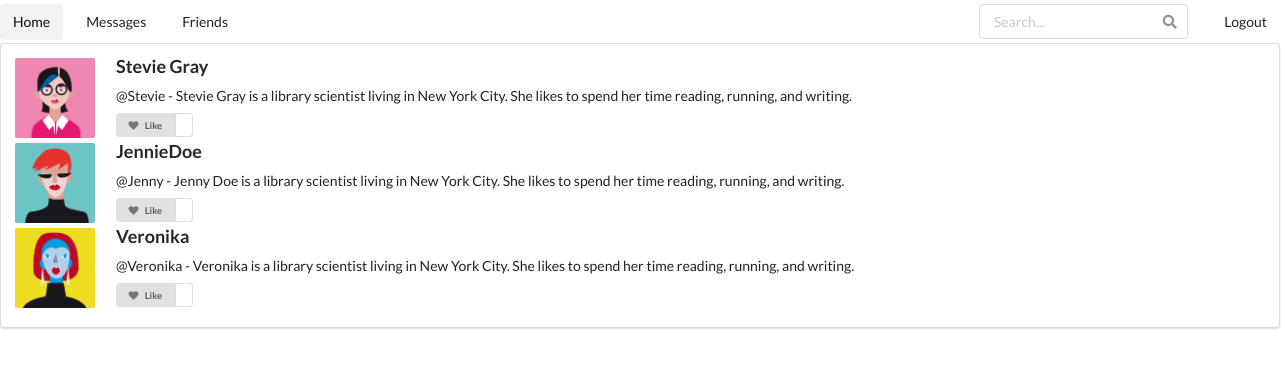
Repository: mystrader/angular4_appestudo
Page: / (app in twitter-app-devdec101/)
These files come from the project's save history. The page is drawn as it stood at one moment and after the next save; the edit follows.
The browser window is 1280 px wide. The page is 1285 px wide, so the pictures cover 1285 px, including what lies to the right of the window. The pictures show the whole page.
Some web libraries are served in a nearby version. The project was rebuilt for these pictures with package versions that can differ from the ones it lists, and the page was loaded fresh each time. Also part of the build but not shown: twitter-app-devdec101/angular.json.

Above is the page before, as saved 2018-06-18 01:50:07.

After the next save:
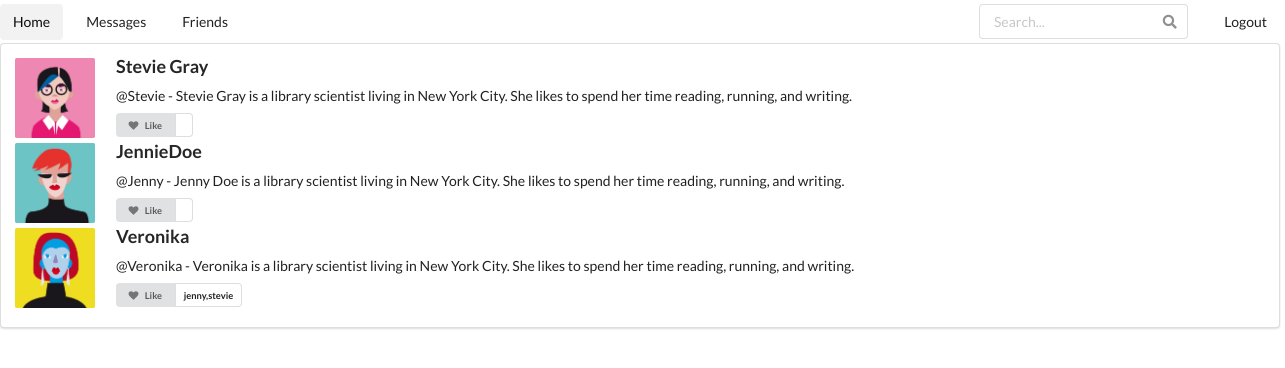
Saved 11 s later.
--- a/twitter-app-devdec101/src/app/tweet/tweet.component.html
+++ b/twitter-app-devdec101/src/app/tweet/tweet.component.html
@@ -14,7 +14,7 @@
             <i class="heart icon"></i> Like
           </div>
           <a class="ui basic label">
-           {{tweet.likes.lenght}}
+           {{tweet.likes}}
           </a>
         </div>
 

After the save that followed:
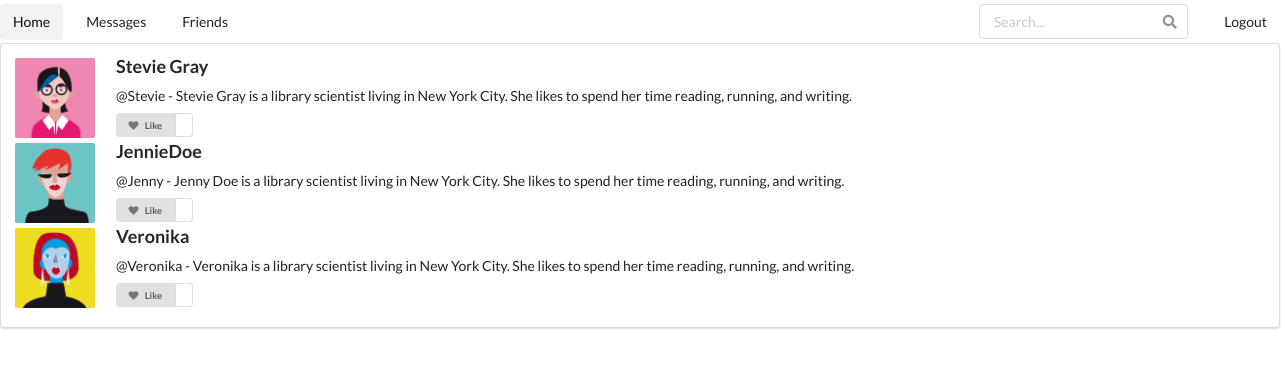
Saved 15 s later.
--- a/twitter-app-devdec101/src/app/tweet/tweet.component.html
+++ b/twitter-app-devdec101/src/app/tweet/tweet.component.html
@@ -14,7 +14,7 @@
             <i class="heart icon"></i> Like
           </div>
           <a class="ui basic label">
-           {{tweet.likes}}
+           {{tweet.likes.lenght}}
           </a>
         </div>
 
